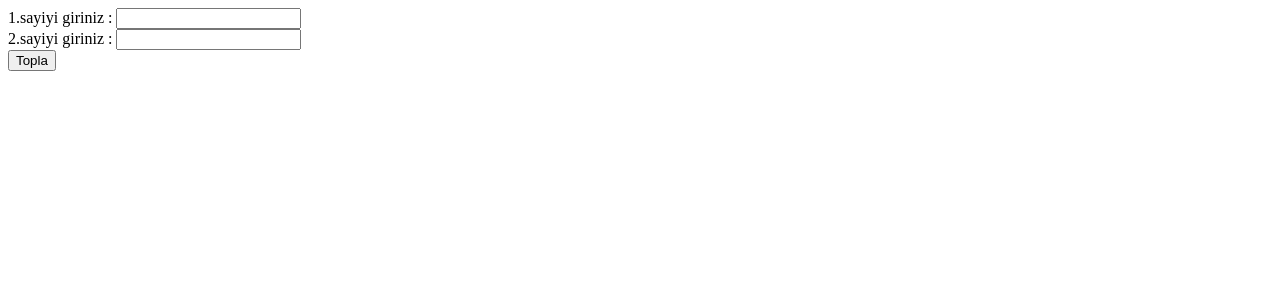
Repository: golkemeren/IleriJava101Java201Java301
Page: Servlet_08/src/main/webapp/index.html
These files come from the project's save history. The page is drawn as it stood at one moment and after the next save; the edit follows.
The browser window is 1280 px wide. The pictures show the whole page.

Above is the page before, as saved 2023-03-19 19:15:46.

After the next save:
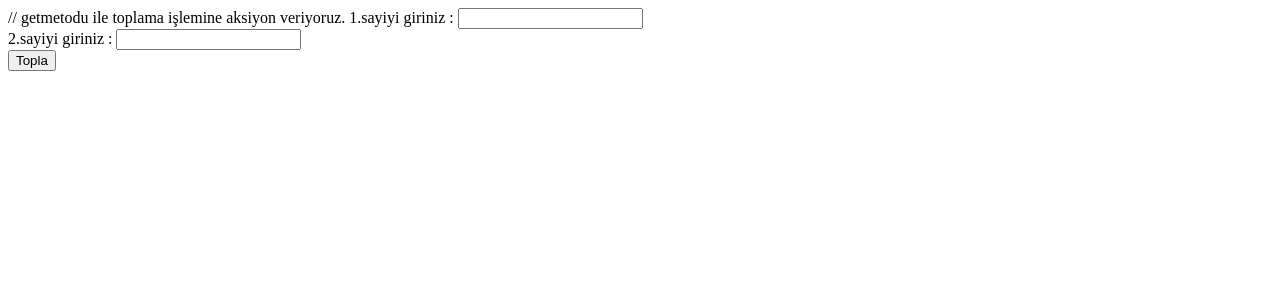
Saved 5 min 46 s later.
--- a/Servlet_08/src/main/webapp/index.html
+++ b/Servlet_08/src/main/webapp/index.html
@@ -6,7 +6,7 @@
 </head>
 <body>
 
-<form action="toplama">
+<form action="toplama"method = "get"> // getmetodu ile toplama işlemine aksiyon veriyoruz.
 1.sayiyi giriniz : <input type="text" name ="sayi1">
 <br>
 2.sayiyi giriniz : <input type = "text" name ="sayi2">

After the save that followed:
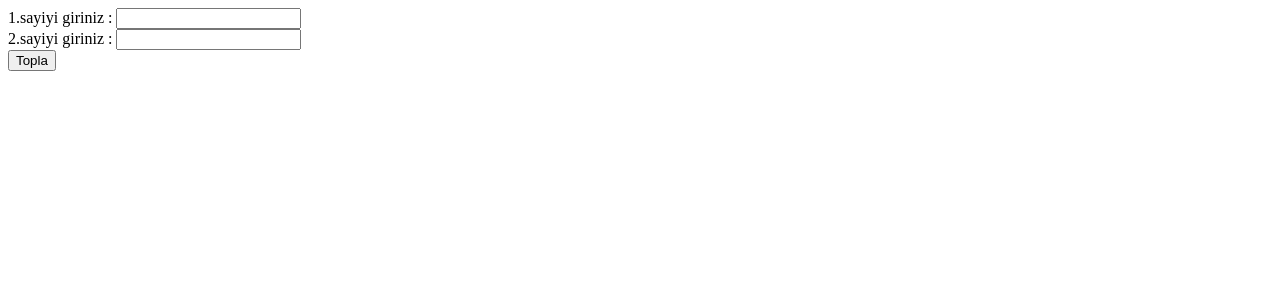
Saved 28 s later.
--- a/Servlet_08/src/main/webapp/index.html
+++ b/Servlet_08/src/main/webapp/index.html
@@ -6,7 +6,7 @@
 </head>
 <body>
 
-<form action="toplama"method = "get"> // getmetodu ile toplama işlemine aksiyon veriyoruz.
+<form action="toplama"method = "get">
 1.sayiyi giriniz : <input type="text" name ="sayi1">
 <br>
 2.sayiyi giriniz : <input type = "text" name ="sayi2">
